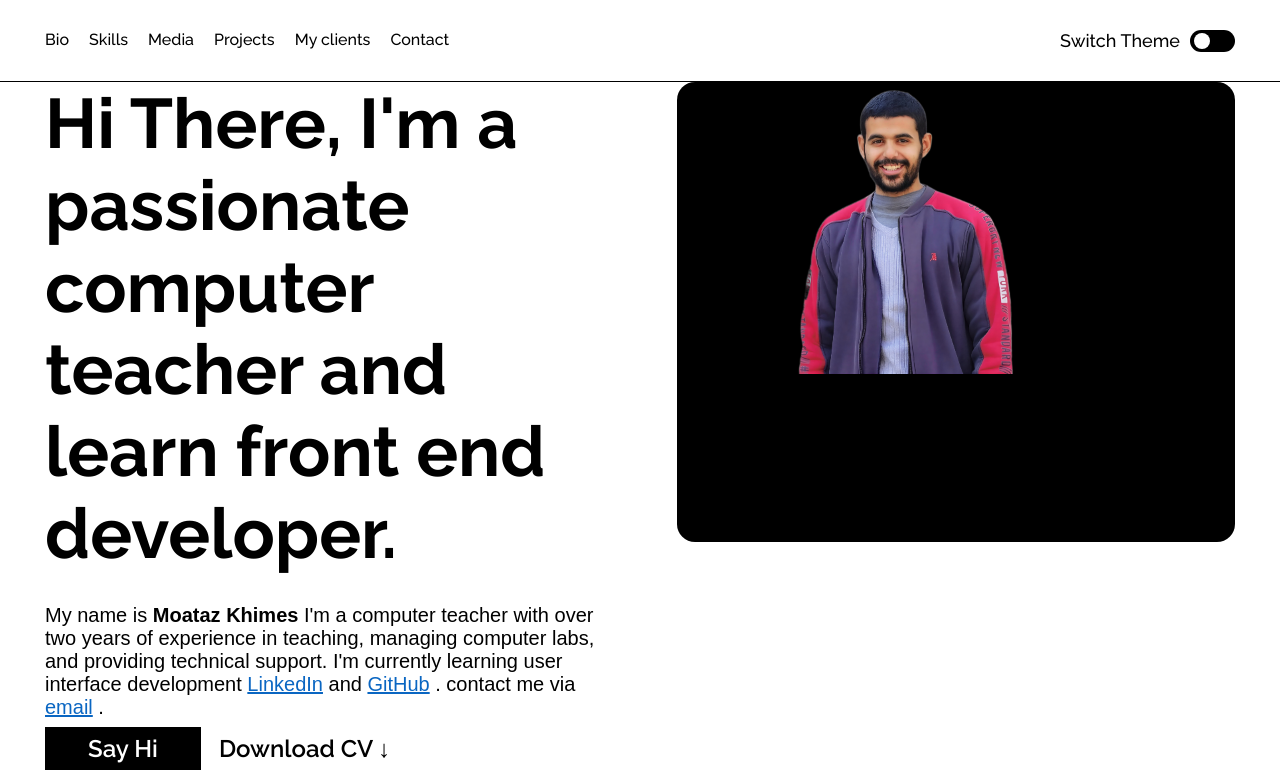
Repository: moataz305G/Personal-website
Page: index.html
An editor plug-in stored every save of this project. The page is shown before and after the next save, followed by the edit.
The browser window is 1280 px wide. The pictures show the whole page.

Above is the page before, as saved 2025-12-13 10:18:40.

### index.html
<!DOCTYPE html>
<html lang="en">
  <head>
    <meta charset="UTF-8" />

    <meta name="viewport" content="width=device-width, initial-scale=1.0" />
    <link rel="preconnect" href="https://fonts.googleapis.com" />
    <link rel="preconnect" href="https://fonts.gstatic.com" crossorigin />
    <link
      href="https://fonts.googleapis.com/css2?family=Raleway:ital,wght@0,100..900;1,100..900&display=swap"
      rel="stylesheet"
    />

    <link rel="stylesheet" href="Style.css" />
    <title class="title">Moataz khimes</title>
  </head>
  <body>
    <div class="container">
      <header class="header">
        <nav class="navigation">
          <ul class="navigation__list">
            <li><a href="#" class="navigation__link">Bio</a></li>
            <li><a href="#" class="navigation__link">Skills</a></li>
            <li><a href="#" class="navigation__link">Media</a></li>
            <li><a href="#" class="navigation__link">Projects</a></li>
            <li><a href="#" class="navigation__link">My clients</a></li>
            <li><a href="#" class="navigation__link">Contact</a></li>
          </ul>
        </nav>

        <div class="toggle">
          <h3 class="toggle__title">Switch Theme</h3>
          <input
            type="checkbox"
            name="toggle checkbox"
            id="toggle"
            class="toggle__checkbox"
          />
          <label for="toggle" class="toggle__label"></label>
        </div>
      </header>

      <section id="bio" class="bio section">
        <div class="bio__content">
          <h1 class="bio__heading">
            Hi There, I'm a passionate computer teacher and learn front end
            developer.
          </h1>
          <p class="bio__objeactive">
            My name is <span class="bio__name">Moataz Khimes</span>
            I'm a computer teacher with over two years of experience in
            teaching, managing computer labs, and providing technical support.
            I'm currently learning user interface development
            <a
              href="https://www.linkedin.com/in/moataz-khimes-53586223b/"
              class="bio__linkedin"
              >LinkedIn</a
            >
            and
            <a href="https://github.com/moataz305G" class="bio__github"
              >GitHub</a
            >
            . contact me via
            <a href="mutazkhmes@gmail.com" class="bio__email">email</a>
            .
          </p>
          <a href="#" class="bio__links say-hi-link">Say Hi</a>
          <a href="#" class="bio__links find-out-link"
            >Download CV <span class="bio__arrow">↓</span></a
          >
        </div>
        <div class="bio__pic-content">
          <img
            class="bio__pic"
            src="images/personal-pic.png"
            alt="image of moataz khimes"
          />
        </div>
      </section>
    </div>
  </body>
</html>

### Style.css
:root {
  --container-width: 119rem;
  --guter: 6rem;

  --color-black: #000;
  --color-white: #fff;
  --color-blue: #2374e1;
  --color-lite-blue: #1d9bf0;
  --color-dark-blue: #0a66c2;
  --color-darker-blue: #143ce8;
  --color-red: #ff0000;
  --color-green: #03a696;
  --color-gray: #f6f6f6;
  --color-dark-green: #42959b;

  --color-background: var(--color-white);
  --color-text: var(--color-black);
  --color-box-img: var(--color-black);
  --color-link-bg: var(--color-black);
  --color-input-border: var(--color-black);

  --font-family-raleway: "Raleway", sans-serif;
  --font-family-poppins: "Poppins", sans-serif;

  --font-weight-regular: 400;
  --font-weight-medium: 500;
  --font-weight-semi-bold: 600;
  --font-weight-bold: 700;

  --font-size-70: 7rem;
  --font-size-65: 6.5rem;
  --font-size-40: 4rem;
  --font-size-38: 3.8rem;
  --font-size-24: 2.4rem;
  --font-size-22: 2.2rem;
  --font-size-20: 2rem;
  --font-size-18: 1.8rem;
  --font-size-15: 1.5rem;

  --transition-timing: 0.3s;
}
/* CSS Reset */
* {
  margin: 0;
  padding: 0;
}

*,
*::after,
*::before {
  box-sizing: border-box;
}

a {
  color: inherit;
  display: inline-block;
}

button {
  background-color: transparent;
  border: none;
  cursor: pointer;
}

ul,
ol {
  list-style: none;
}
/* END CSS Reset */
html {
  font-size: 62.5%;
  scroll-behavior: smooth;
  scroll-padding-top: 11rem;
}

body {
  font-size: 1.6rem;
  font-family: var(--font-family-raleway);
  background-color: var(--color-background);
  color: var(--color-text);
}

.container {
  max-width: var(--container-width);
  margin: 0 auto;
}
header {
  position: relative;
  padding: 3rem 0;
  display: flex;
  justify-content: center;
  z-index: 0;
}
.header::before {
  content: "";
  position: absolute;
  height: 100%;
  width: 100vw;
  border-bottom: 0.1rem solid var(--color-black);
  top: 0;
  z-index: -1;
}

.navigation__list {
  display: flex;
  gap: 2rem;
}
.navigation__link:link,
.navigation__link:visited {
  text-decoration: none;
  font-weight: var(--font-weight-medium);
}
.navigation__link:hover,
.navigation__link:active {
  text-decoration: underline;
  color: var(--color-text);
}

/* Toggle */
.toggle {
  display: flex;
  gap: 1rem;
  margin-left: auto;
}
.toggle__title {
  font-weight: var(--font-weight-medium);
  font-size: var(--font-size-18);
}

.toggle__checkbox {
  display: none;
}

.toggle__label {
  display: block;
  position: relative;
  background-color: var(--color-black);
  border-radius: 1.5rem;
  width: 4.5rem;
  height: 2.2rem;
  cursor: pointer;
  padding: 0.3rem 0.4rem;
  transition: 0.3s;
}

.toggle__label::after {
  content: "";
  display: block;
  width: 1.6rem;
  height: 1.6rem;
  border-radius: 50%;
  background-color: var(--color-white);
  transition: 0.3s;
}

.toggle__checkbox:checked + .toggle__label {
  background-color: var(--color-white);
}
.toggle__checkbox:checked + .toggle__label::after {
  transform: translateX(2.1rem);
  background-color: var(--color-green);
}

/* End Toggle */

.section {
  display: grid;
  grid-template-columns: repeat(2, auto);
  align-items: start;
}

/* Bio */
.bio {
  grid-gap: 7.4rem;
  grid-template-columns: repeat(2, 1fr);
}

.bio__heading {
  font-size: var(--font-size-70);
  font-weight: var(--font-weight-bold);
}

.bio__objeactive {
  font-family: var(--font-family-poppins);
  font-weight: var(--font-weight-regular);
  font-size: var(--font-size-20);
  margin: 3rem 0 0.8rem;
}

.bio__name {
  font-weight: var(--font-weight-semi-bold);
}
.bio__linkedin,
.bio__github,
.bio__email {
  color: var(--color-dark-blue);
}

.bio__links {
  font-size: 2.4rem;
  font-weight: var(--font-weight-semi-bold);
  text-decoration: none;
}

.say-hi-link {
  background-color: var(--color-link-bg);
  color: var(--color-white);
  padding: 0.7rem 4.3rem;
}

.find-out-link {
  padding: 0.7rem 0;
  margin-inline-start: 1.4rem;
}

@keyframes jump {
  0% {
    transform: translatey(0.5rem);
  }
  35% {
    transform: translatey(-0.5rem);
  }
  70% {
    transform: translatey(0);
  }
  100% {
    transform: translatey(0);
  }
}

.bio__arrow {
  display: inline-block;
  animation: jump 1s infinite alternate ease-in-out;
}

.bio__pic-content {
  display: flex;
  position: relative;
}

.bio__pic-content::before {
  content: "";
  position: absolute;
  background-color: var(--color-box-img);
  width: 100%;
  height: 46rem;
  border-radius: 1.8rem;
  z-index: -1;
  box-shadow: 2;
}
.bio__pic {
  width: 42.7rem;
}

After the next save:
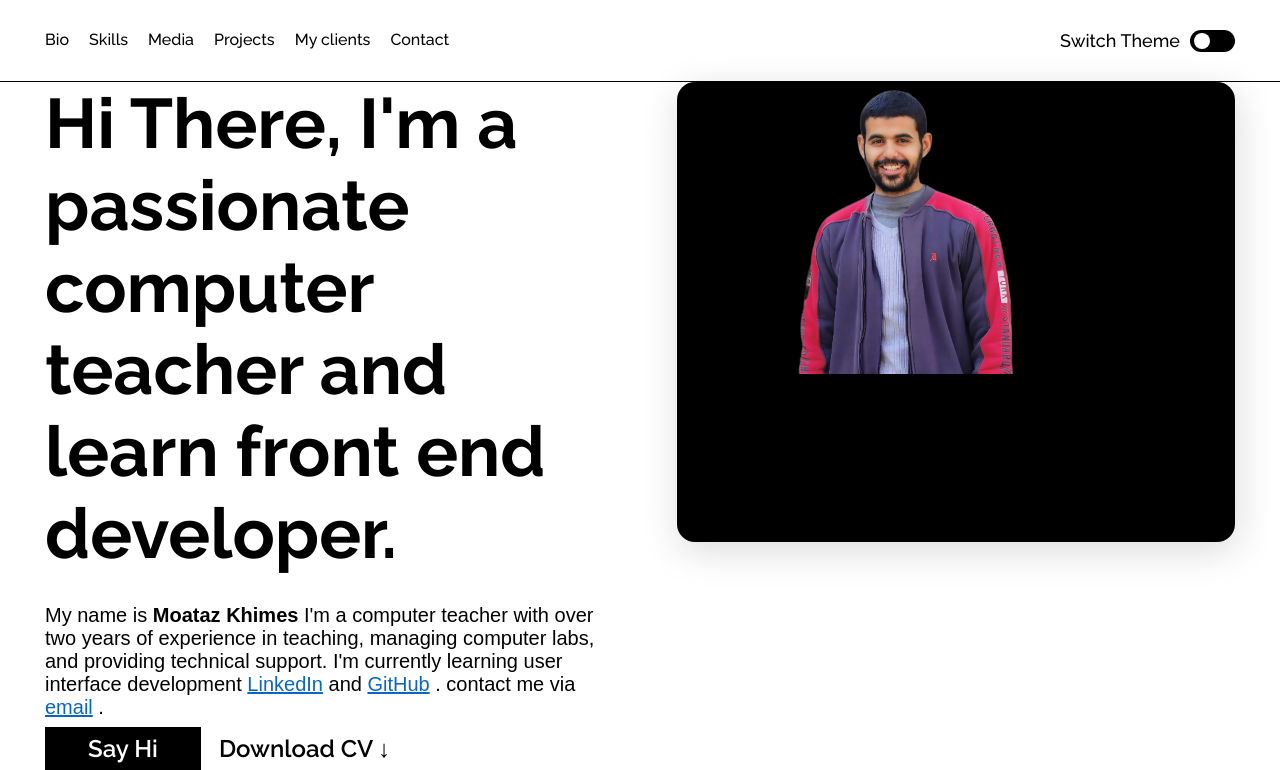
Saved 67 s later.
--- a/Style.css
+++ b/Style.css
@@ -246,7 +246,7 @@ header {
   height: 46rem;
   border-radius: 1.8rem;
   z-index: -1;
-  box-shadow: 2;
+  box-shadow: 2.17543px 8.7017px 38.0669px rgba(0, 0, 0, 0.15);
 }
 .bio__pic {
   width: 42.7rem;
